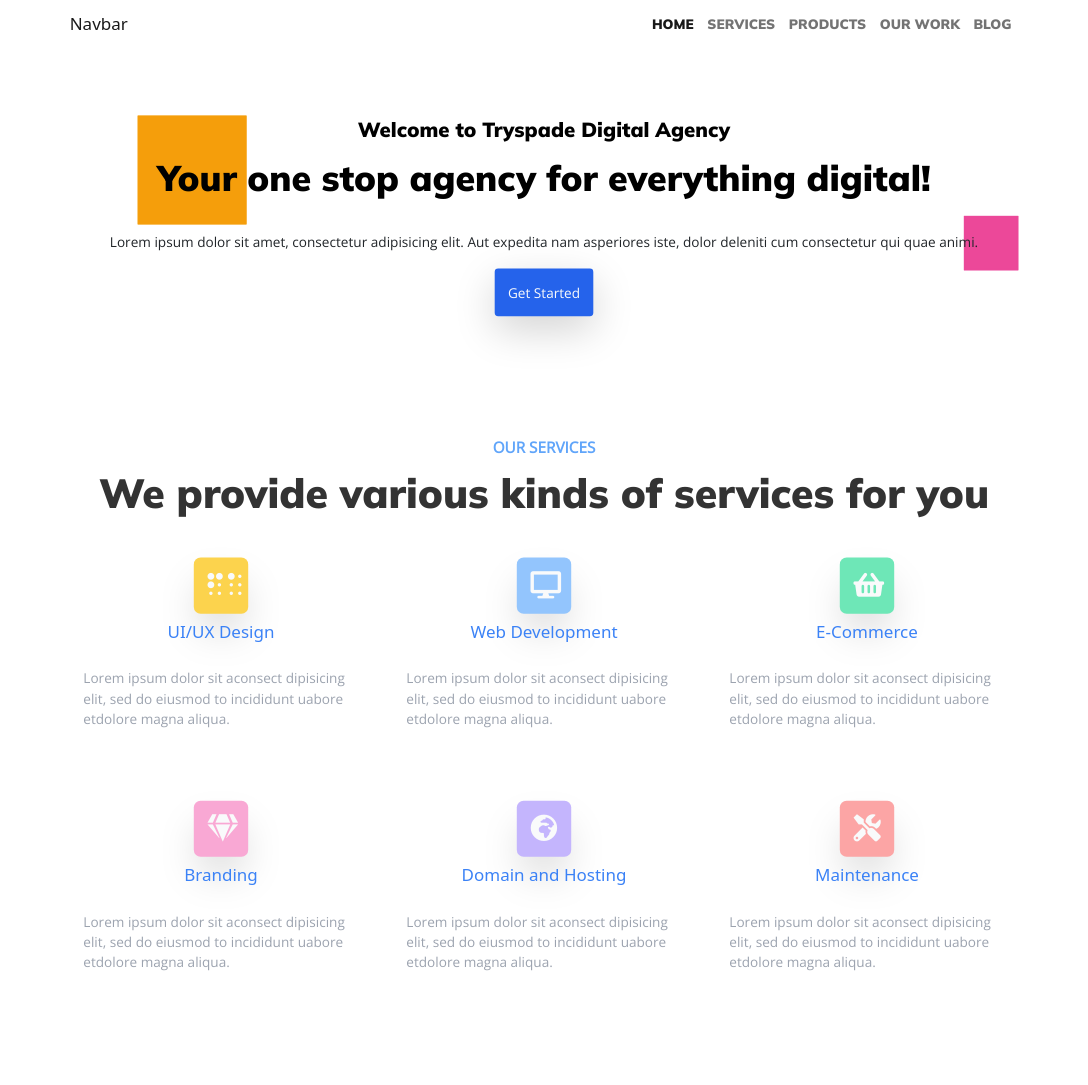
Repository: latenightsnacc/super-octo-fortnight
Page: index.html
An editor plug-in stored every save of this project. The page is shown before and after the next save, followed by the edit.
The browser window is 1280 px wide. The pictures show the whole page, at 85% of full size.
Some web libraries are served in a nearby version. The style sheet was rebuilt from its Sass, Less or Tailwind sources for each picture, by a compiler version that may differ from the author's.

Above is the page before, as saved 2021-01-29 13:27:19.

### index.html
<!DOCTYPE html>
<html lang="en">
<head>
    <meta charset="UTF-8">
    <meta name="viewport" content="width=device-width, initial-scale=1.0">
    <!--Tailwind 2.0.2-->
    <link href="https://cdnjs.cloudflare.com/ajax/libs/tailwindcss/2.0.2/tailwind.min.css" rel="stylesheet">
    <!--Font Awesome 5.15.1-->
    <link rel="stylesheet" href="https://cdnjs.cloudflare.com/ajax/libs/font-awesome/5.15.1/css/all.min.css" integrity="sha512-+4zCK9k+qNFUR5X+cKL9EIR+ZOhtIloNl9GIKS57V1MyNsYpYcUrUeQc9vNfzsWfV28IaLL3i96P9sdNyeRssA==" crossorigin="anonymous" />
    <!-- Bootstrap 5.0.0 Beta-->
    <link href="https://cdn.jsdelivr.net/npm/bootstrap@5.0.0-beta1/dist/css/bootstrap.min.css" rel="stylesheet" integrity="sha384-giJF6kkoqNQ00vy+HMDP7azOuL0xtbfIcaT9wjKHr8RbDVddVHyTfAAsrekwKmP1" crossorigin="anonymous" />
    <!-- UIkit CSS -->
    <link rel="stylesheet" href="https://cdn.jsdelivr.net/npm/uikit@3.6.9/dist/css/uikit.min.css" />
    <link rel="apple-touch-icon" sizes="180x180" href="/apple-touch-icon.png">
    <link rel="icon" type="image/png" sizes="32x32" href="/favicon-32x32.png">
    <link rel="icon" type="image/png" sizes="16x16" href="/favicon-16x16.png">
    <link rel="manifest" href="/site.webmanifest">
    <!--Custom Stylesheet-->
    <link rel="stylesheet" href="stylesheet/stylesheet.css">
    <title>TrySpade - Digital Agency</title>
</head>
<body class="overflow-x-hidden min-h-screen" >
    <main class="w-full mx-auto">
        <header>
            <nav class="navbar navbar-expand-lg navbar-light bg-transparent fixed-top">
                <div class="container">
                  <a class="navbar-brand" href="#">Navbar</a>
                  <button class="navbar-toggler" type="button" data-bs-toggle="collapse" data-bs-target="#navbarSupportedContent" aria-controls="navbarSupportedContent" aria-expanded="false" aria-label="Toggle navigation">
                    <span class="navbar-toggler-icon"></span>
                  </button>
                  <div class="collapse navbar-collapse" id="navbarSupportedContent">
                    <ul class="navbar-nav ml-auto mb-2 mb-lg-0">
                        <li class="nav-item">
                            <a class="nav-link active text-base uppercase" aria-current="page" href="#">Home</a>
                        </li>
                        <li class="nav-item">
                            <a class="nav-link text-base uppercase" href="#">services</a>
                        </li>
                        <li class="nav-item">
                            <a class="nav-link text-base uppercase" href="#">products</a>
                        </li>
                        <li class="nav-item">
                            <a class="nav-link text-base uppercase" href="#">our work</a>
                        </li>
                        <li class="nav-item">
                            <a class="nav-link text-base uppercase" href="#">blog</a>
                        </li>

                    </ul>
                  </div>
                </div>
            </nav>
        </header>
        <!--Banner-->
        <section id="banner" class="w-full h-80 mt-24 py-10">
            <div class="container">
                <div class="relative flex flex-col items-center h-auto">
                    <div class="z-10 text-black text-2xl text-center title">Welcome to Tryspade Digital Agency</div>
                    <h1 class="z-10 text-center text-black leading-loose m-0">Your one stop agency for everything digital!</h1>
                    <p class="z-10 text-center">Lorem ipsum dolor sit amet, consectetur adipisicing elit. Aut expedita nam asperiores iste, dolor deleniti cum consectetur qui quae animi.</p>
                    <!--BOXES-->
                    <div class=" absolute top-0 left-20">
                        <div class="z-0 border-2 border-yellow-500 bg-yellow-500 w-32 h-32"></div>
                    </div>

                    <div class="absolute top-50 right-0">
                        <div class="z-0 border-2 border-pink-500 bg-pink-500 w-16 h-16"></div>
                    </div>
                    <div class="flex justify-center">
                        <button class="bg-blue-600 p-3 font-lg text-gray-50 shadow-lg rounded focus:outline-none">Get Started</button>
                    </div>
                </div>
            </div>
        </section>
        <!--SERVICES-->
        <section id="services" class="my-20">
            <div class="container">
                <div class="section-title text-center py-3">
                    <p class="text-blue-400 text-sm uppercase text-lg font-semibold uppercase mb-3">our services</p>
                    <h2 class=" my-1 font-bold text-4xl md:text-5xl">We provide various kinds of services for you</h2>
                </div>
                <div class="row flex justify-center" uk-scrollspy="cls: uk-animation-fade; target: .icon; delay: 500; repeat: true">
                    <div class="col-xs-12 col-sm-12 col-md-4 col-lg-4 col-xl-4">
                        <a class="no-underline hover:no-underline" href="ui-ux.html">
                            <div class="group max-w-sm mx-auto  rounded-xl p-3 m-3  hover:shadow-2xl" >
                                <div class="text-center text-gray-50 flex justify-center">
                                    <div class="shadow-2xl  rounded-lg  w-16 icon p-3 bg-yellow-300 group-hover:shadow-none" uk-scrollspy="cls: uk-animation-fade; repeat: true">
                                        <i class="fas fa-braille fa-2x"></i>
                                    </div>
                                </div>
                                <div class="text-center text-xl bold  py-2 text-blue-500 ">UI/UX Design</div>

                                <p class="text-md text-gray-400 ">Lorem ipsum dolor sit aconsect dipisicing elit, sed do eiusmod to incididunt uabore etdolore magna aliqua.</p>
                            </div>
                        </a>
                    </div>
                    <div class="col-xs-12 col-sm-12 col-md-4 col-lg-4 col-xl-4">
                        <a class="no-underline hover:no-underline" href="web-development.html">
                            <div class="group max-w-sm mx-auto  rounded-xl p-3 m-3  hover:shadow-2xl">
                                <div class="text-center text-gray-50 flex justify-center">
                                    <div class="shadow-2xl rounded-lg  w-16 icon p-3 bg-blue-300 group-hover:shadow-none">
                                        <i class="fas fa-desktop fa-2x"></i>
                                    </div>
                                </div>
                                <div class="text-center text-xl bold  py-2 text-blue-500 ">Web Development</div>

                                <p class="text-md text-gray-400 ">Lorem ipsum dolor sit aconsect dipisicing elit, sed do eiusmod to incididunt uabore etdolore magna aliqua.</p>
                            </div>
                        </a>
                    </div>
                    <div class="col-xs-12 col-sm-12 col-md-4 col-lg-4 col-xl-4">
                        <a class="no-underline hover:no-underline" href="e-commerce.html">
                            <div class="group max-w-sm mx-auto  rounded-xl p-3 m-3  hover:shadow-2xl">
                                <div class="text-center text-gray-50 flex justify-center">
                                    <div class="shadow-2xl rounded-lg  w-16 icon p-3 bg-green-300 group-hover:shadow-none">
                                        <i class="fas fa-shopping-basket fa-2x"></i>
                                    </div>
                                </div>
                                <div class="text-center text-xl bold  py-2 text-blue-500 ">E-Commerce</div>

                                <p class="text-md text-gray-400 ">Lorem ipsum dolor sit aconsect dipisicing elit, sed do eiusmod to incididunt uabore etdolore magna aliqua.</p>
                            </div>
                        </a>
                    </div>
                    <div class="col-xs-12 col-sm-12 col-md-4 col-lg-4 col-xl-4">
                        <a class="no-underline hover:no-underline" href="branding.html">
                            <div class="group max-w-sm mx-auto  rounded-xl p-3 m-3  hover:shadow-2xl">
                                <div class="text-center text-gray-50 flex justify-center">
                                    <div class="shadow-2xl rounded-lg  w-16 icon p-3 bg-pink-300 group-hover:shadow-none">
                                        <i class="fas fa-gem fa-2x"></i>
                                    </div>
                                </div>
                                <div class="text-center text-xl bold  py-2 text-blue-500 ">Branding</div>

                                <p class="text-md text-gray-400 ">Lorem ipsum dolor sit aconsect dipisicing elit, sed do eiusmod to incididunt uabore etdolore magna aliqua.</p>
                            </div>
                        </a>
                    </div>
                    <div class="col-xs-12 col-sm-12 col-md-4 col-lg-4 col-xl-4">
                        <a class="no-underline hover:no-underline" href="domain-hosting.html">
                            <div class="group max-w-sm mx-auto  rounded-xl p-3 m-3  hover:shadow-2xl">
                                <div class="text-center text-gray-50 flex justify-center">
                                    <div class="shadow-2xl rounded-lg  w-16 icon p-3 bg-purple-300 group-hover:shadow-none">
                                        <i class="fas fa-globe-africa fa-2x"></i>
                                    </div>
                                </div>
                                <div class="text-center text-xl bold  py-2 text-blue-500 ">Domain and Hosting</div>

                                <p class="text-md text-gray-400 ">Lorem ipsum dolor sit aconsect dipisicing elit, sed do eiusmod to incididunt uabore etdolore magna aliqua.</p>
                            </div>
                        </a>
                    </div>
                    <div class="col-xs-12 col-sm-12 col-md-4 col-lg-4 col-xl-4">
                        <a class="no-underline hover:no-underline" href="maintenance.html">
                            <div class="group max-w-sm mx-auto  rounded-xl p-3 m-3  hover:shadow-2xl">
                                <div class="text-center text-gray-50 flex justify-center">
                                    <div class="shadow-2xl rounded-lg  w-16 icon p-3 bg-red-300 group-hover:shadow-none">
                                        <i class="fas fa-tools fa-2x"></i>
                                    </div>
                                </div>
                                <div class="text-center text-xl bold  py-2 text-blue-500 ">Maintenance</div>

                                <p class="text-md text-gray-400 ">Lorem ipsum dolor sit aconsect dipisicing elit, sed do eiusmod to incididunt uabore etdolore magna aliqua.</p>
                            </div>
                        </a>
                    </div>
                </div>
            </div>
        </section>
        <!-- <svg xmlns="http://www.w3.org/2000/svg" viewBox="0 0 1440 320"><path fill="#0099ff" fill-opacity="1" d="M0,320L48,282.7C96,245,192,171,288,122.7C384,75,480,53,576,69.3C672,85,768,139,864,170.7C960,203,1056,213,1152,208C1248,203,1344,181,1392,170.7L1440,160L1440,0L1392,0C1344,0,1248,0,1152,0C1056,0,960,0,864,0C768,0,672,0,576,0C480,0,384,0,288,0C192,0,96,0,48,0L0,0Z"></path></svg> -->
        <!-- <svg xmlns="http://www.w3.org/2000/svg" viewBox="0 0 1440 320"><path fill="#0099ff" fill-opacity="1" d="M0,64L48,96C96,128,192,192,288,213.3C384,235,480,213,576,170.7C672,128,768,64,864,42.7C960,21,1056,43,1152,64C1248,85,1344,107,1392,117.3L1440,128L1440,0L1392,0C1344,0,1248,0,1152,0C1056,0,960,0,864,0C768,0,672,0,576,0C480,0,384,0,288,0C192,0,96,0,48,0L0,0Z"></path></svg> -->
    </main>
    <!-- UIkit JS -->
    <script src="https://cdn.jsdelivr.net/npm/uikit@3.6.9/dist/js/uikit.min.js"></script>
    <script src="https://cdn.jsdelivr.net/npm/uikit@3.6.9/dist/js/uikit-icons.min.js"></script>
    <script src="https://cdn.jsdelivr.net/npm/bootstrap@5.0.0-beta1/dist/js/bootstrap.bundle.min.js" integrity="sha384-ygbV9kiqUc6oa4msXn9868pTtWMgiQaeYH7/t7LECLbyPA2x65Kgf80OJFdroafW" crossorigin="anonymous"></script>
    <!-- Start of HubSpot Embed Code -->
  <script type="text/javascript" id="hs-script-loader" async defer src="//js.hs-scripts.com/9284931.js"></script>
  <!-- End of HubSpot Embed Code -->
</body>
</html>

### Stylesheet/stylesheet.scss
@import 'variables';
@import 'bg';

h1, h2, h3, h4, h5, h6, .nav-link, button, .title {
    font-family: $fontBold;
}
p, button {
    font-family: $fontRegular;
}

### Stylesheet/_variables.scss
@import url('https://fonts.googleapis.com/css2?family=Mulish:wght@900&family=Open+Sans&display=swap');

$fontBold: 'Mulish', sans-serif;
$fontRegular:'Open Sans', sans-serif;
$white: white;

### Stylesheet/bg.scss
.background {
    background-color: white;
    position: relative;
    min-height: 100vh;
    min-width:100vw;
    overflow-x: hidden;

  .wrapper{
    z-index: 1;
  }


  .cube {
    position: absolute;
    top: 80vh;
    left: 45vw;
    width: 10px;
    height: 10px;
    border: solid 1px darken(lightgrey, 10%);
    transform-origin: top left;
    transform: scale(0) rotate(0deg) translate(-50%, -50%);
    animation: cube 12s ease-in forwards infinite;

    &:nth-child(2n) {
      border-color: lighten(lightgrey, 10%);
    }

    &:nth-child(2) {
      animation-delay: 2s;
      left: 25vw;
      top: 40vh;
    }

    &:nth-child(3) {
      animation-delay: 4s;
      left: 75vw;
      top: 50vh;
    }

    &:nth-child(4) {
      animation-delay: 6s;
      left: 90vw;
      top: 10vh;
    }

    &:nth-child(5) {
      animation-delay: 8s;
      left: 10vw;
      top: 85vh;
    }

    &:nth-child(6) {
      animation-delay: 10s;
      left: 50vw;
      top: 10vh;
    }


}

@keyframes cube {
        from {
        transform: scale(0) rotate(0deg) translate(-50%, -50%);
        opacity: 1;
        }
        to {
        transform: scale(20) rotate(960deg) translate(-50%, -50%);
        opacity: 0;
        }
    }
}

After the next save:
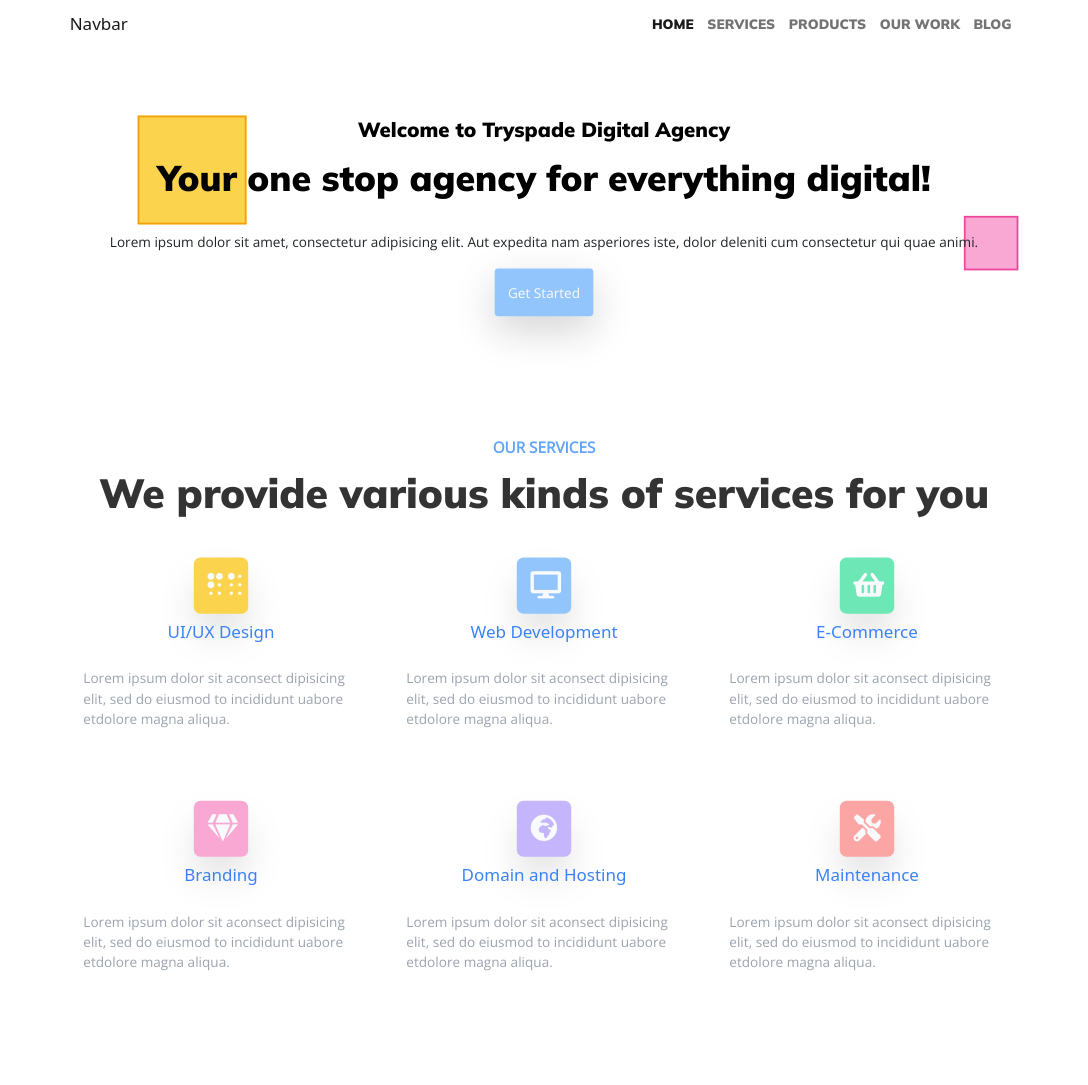
Saved 4 min 30 s later.
--- a/index.html
+++ b/index.html
@@ -60,14 +60,14 @@
                     <p class="z-10 text-center">Lorem ipsum dolor sit amet, consectetur adipisicing elit. Aut expedita nam asperiores iste, dolor deleniti cum consectetur qui quae animi.</p>
                     <!--BOXES-->
                     <div class=" absolute top-0 left-20">
-                        <div class="z-0 border-2 border-yellow-500 bg-yellow-500 w-32 h-32"></div>
+                        <div class="z-0 border-2 border-yellow-500 bg-yellow-300 w-32 h-32"></div>
                     </div>
 
                     <div class="absolute top-50 right-0">
-                        <div class="z-0 border-2 border-pink-500 bg-pink-500 w-16 h-16"></div>
+                        <div class="z-0 border-2 border-pink-500 bg-pink-300 w-16 h-16"></div>
                     </div>
                     <div class="flex justify-center">
-                        <button class="bg-blue-600 p-3 font-lg text-gray-50 shadow-lg rounded focus:outline-none">Get Started</button>
+                        <button class="bg-blue-300 p-3 font-lg text-gray-50 shadow-lg rounded focus:outline-none hover:bg-blue-600">Get Started</button>
                     </div>
                 </div>
             </div>
